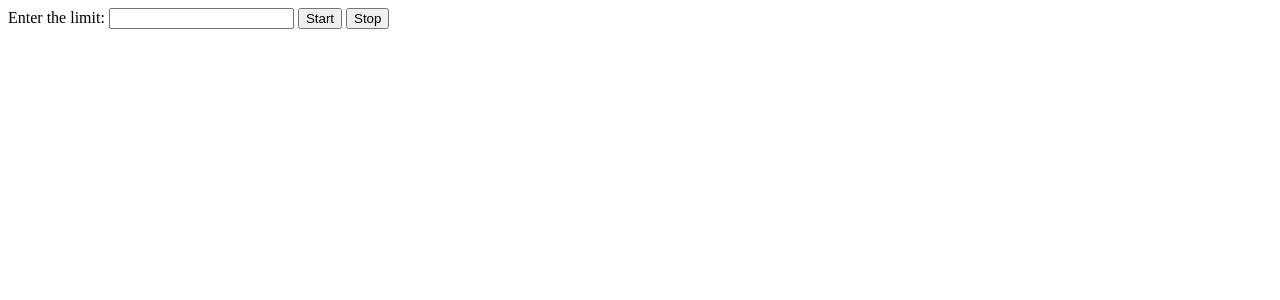
Repository: PoojaShirwaikar/BlockhainTest
Page: javascript/HtmlAssinment3/WebContent/ques3.html
The author's editor kept a copy of each file at every save. The page is drawn from the files as they stood at one save, then again after the next save.
The browser window is 1280 px wide. The pictures show the whole page.

Above is the page before, as saved 2017-11-18 04:09:40.

### javascript/HtmlAssinment3/WebContent/ques3.html
<!DOCTYPE html>
<html>
<head>
<meta charset="ISO-8859-1">
<title>Insert title here</title>
</head>
<body>

	Enter the limit:
	<input type="text">
	<input type="button" value="Start" onclick="GenerateOddNumber()">
	<input type="button" value="Stop" onclick="GenerateOddNumber()">

	<script>
		function GenerateOddNumber() {
			var worker = new Worker('GenerateOddNumber.js');
			worker.onmessage = function(event) {
	            document.getElementById("result").innerHTML = event.data;
			}
		}
	</script>
</body>
</html>

After the next save:
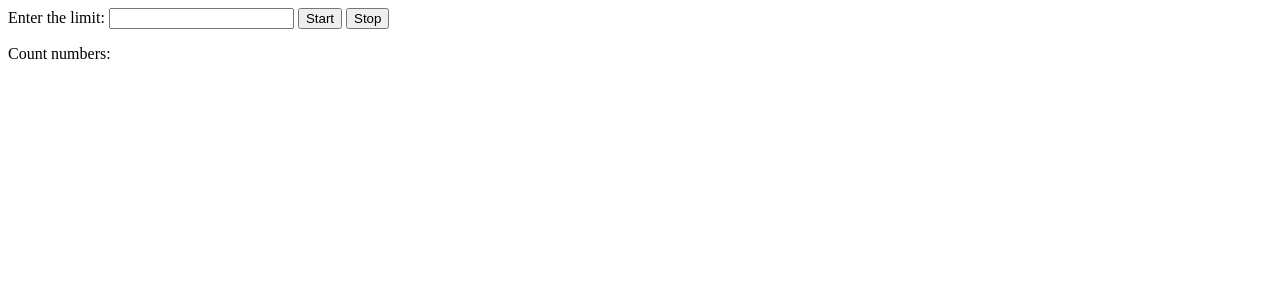
Saved 20 s later.
--- a/javascript/HtmlAssinment3/WebContent/ques3.html
+++ b/javascript/HtmlAssinment3/WebContent/ques3.html
@@ -10,12 +10,16 @@
 	<input type="text">
 	<input type="button" value="Start" onclick="GenerateOddNumber()">
 	<input type="button" value="Stop" onclick="GenerateOddNumber()">
+	<p>
+		Count numbers:
+		<output id="result"></output>
+	</p>
 
 	<script>
 		function GenerateOddNumber() {
 			var worker = new Worker('GenerateOddNumber.js');
 			worker.onmessage = function(event) {
-	            document.getElementById("result").innerHTML = event.data;
+				document.getElementById("result").innerHTML = event.data;
 			}
 		}
 	</script>
